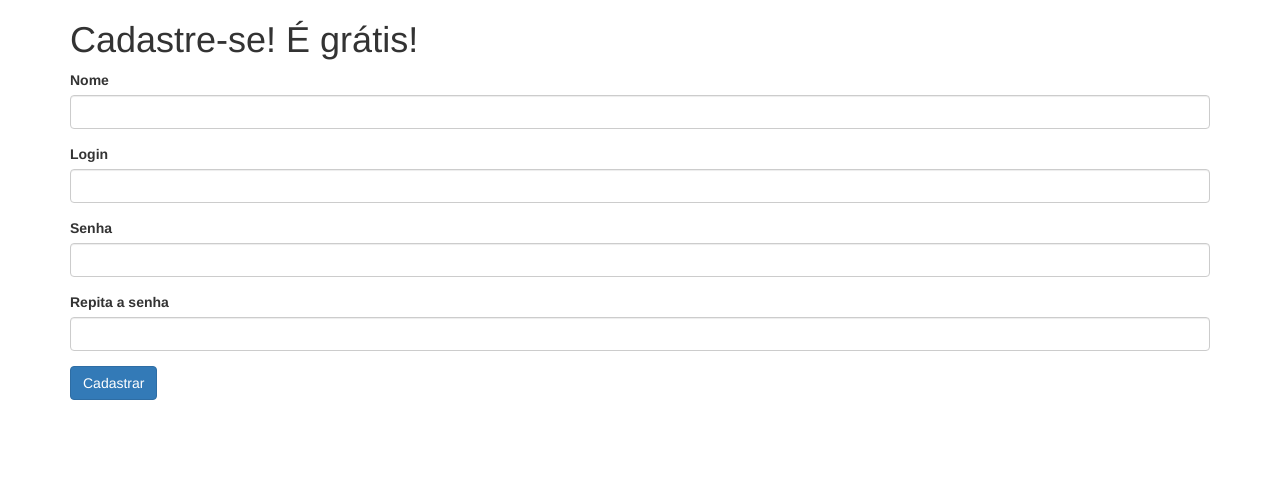
Repository: djoysilva/1TDSF-Web
Page: http://localhost/08-Livro/cadastro-usuario.jsp
An editor plug-in stored every save of this project. The page is shown before and after the next save, followed by the edit.
The browser window is 1280 px wide. The pictures show the whole page.
The page is served by Tomcat 9.

Above is the page before, as saved 2016-09-15 11:09:01.

After the next save:
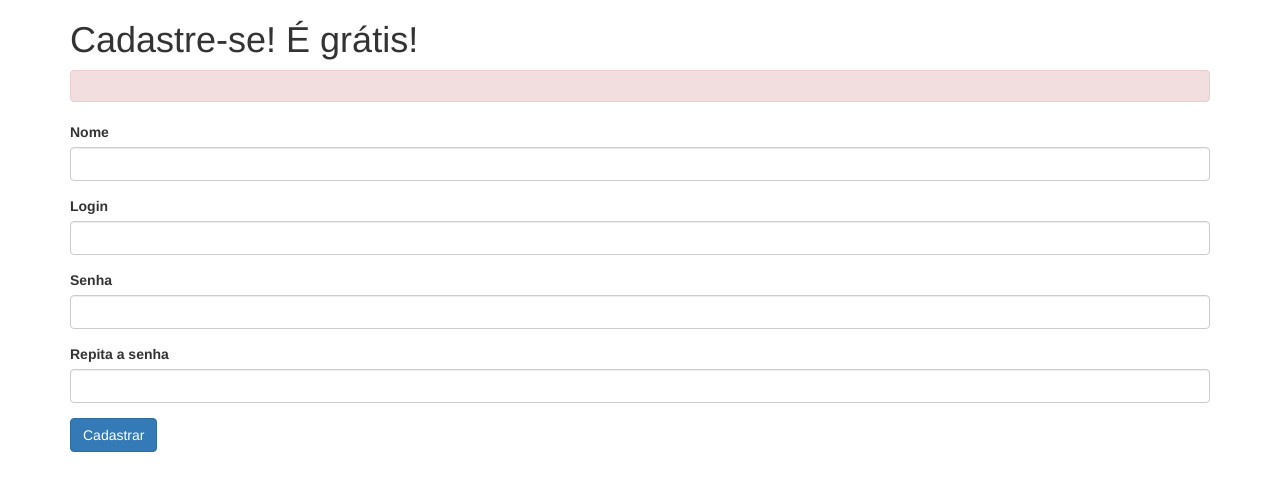
Saved 5 min 40 s later.
--- a/08-Livro/WebContent/cadastro-usuario.jsp
+++ b/08-Livro/WebContent/cadastro-usuario.jsp
@@ -12,7 +12,9 @@
 <div class="container">
 	<h1>Cadastre-se! É grátis!</h1>
 
-	${erro}
+	<div class="alert alert-danger">
+		${erro}
+	</div>
 
 	<form action="usuarioServlet" method="post">
 		<div class="form-group">

After the save that followed:
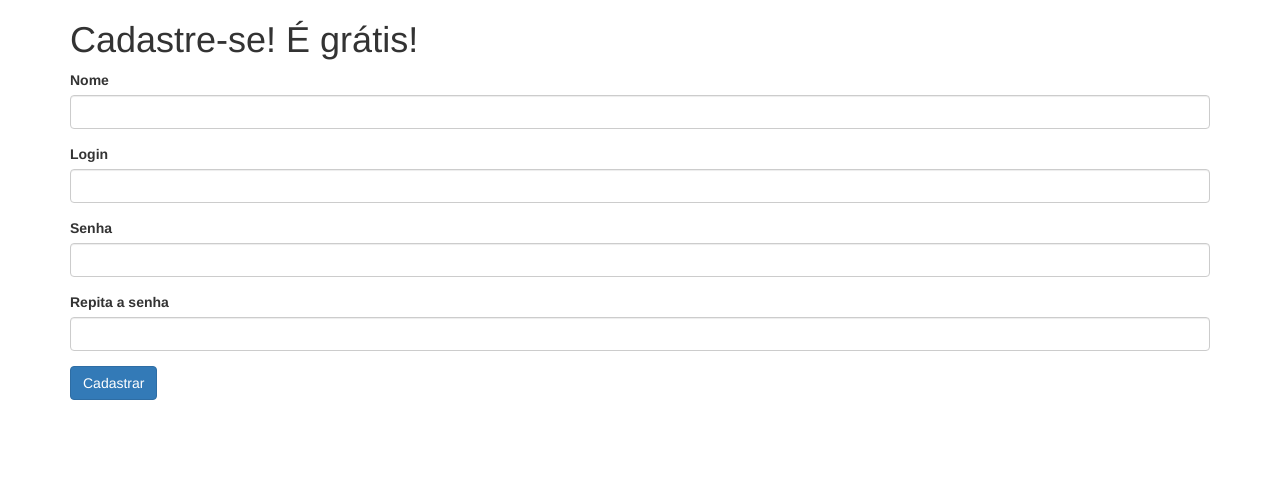
Saved 2 min 7 s later.
--- a/08-Livro/WebContent/cadastro-usuario.jsp
+++ b/08-Livro/WebContent/cadastro-usuario.jsp
@@ -12,7 +12,7 @@
 <div class="container">
 	<h1>Cadastre-se! É grátis!</h1>
 
-	<div class="alert alert-danger">
+	<div class="p-bg-danger">
 		${erro}
 	</div>
 
